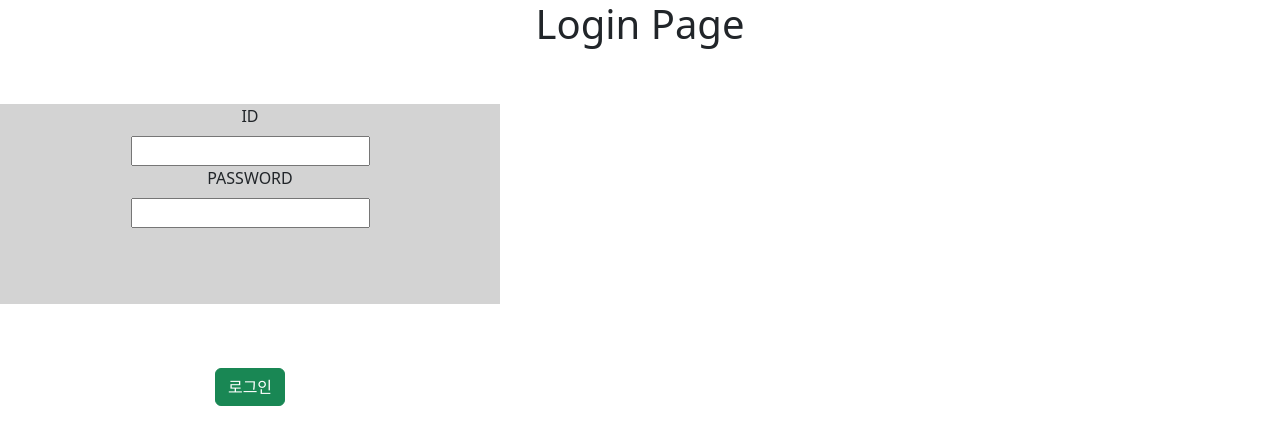
Repository: doridori890130/JSP
Page: http://localhost/jsp_project/mem/login
These files come from the project's save history. The page is drawn as it stood at one moment and after the next save; the edit follows.
The browser window is 1280 px wide. The pictures show the whole page.
The page is served by Tomcat 9.

Above is the page before, as saved 2023-06-01 03:58:45.

After the next save:
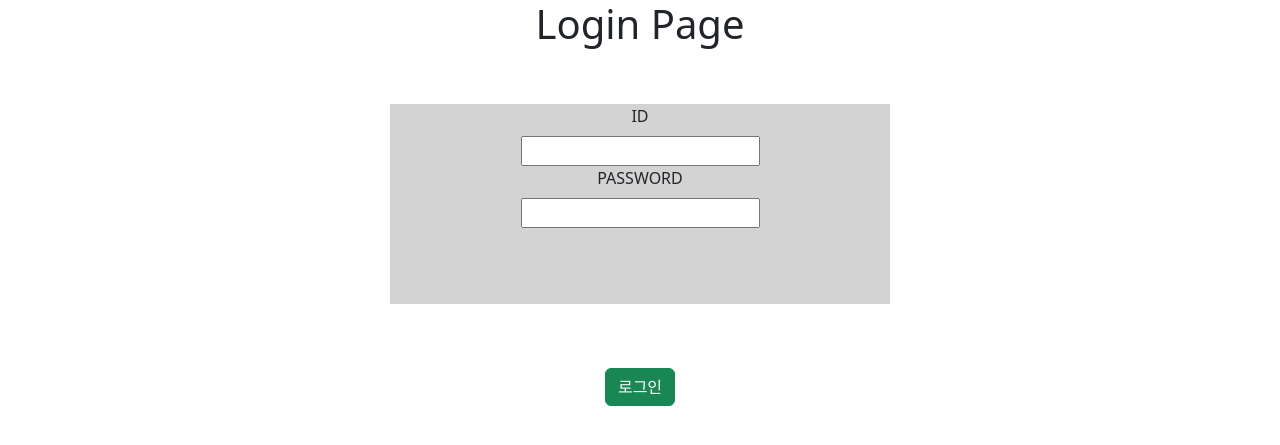
Saved 28 s later.
--- a/jsp_project4/jsp_project/src/main/webapp/member/login.jsp
+++ b/jsp_project4/jsp_project/src/main/webapp/member/login.jsp
@@ -17,7 +17,7 @@
  	background-color: lightgray;
  	width: 500px;
  	height: 200px;
- 	vertical-align: middle;
+ 	margin: auto;
  }
 </style>
 <title>Insert title here</title>
